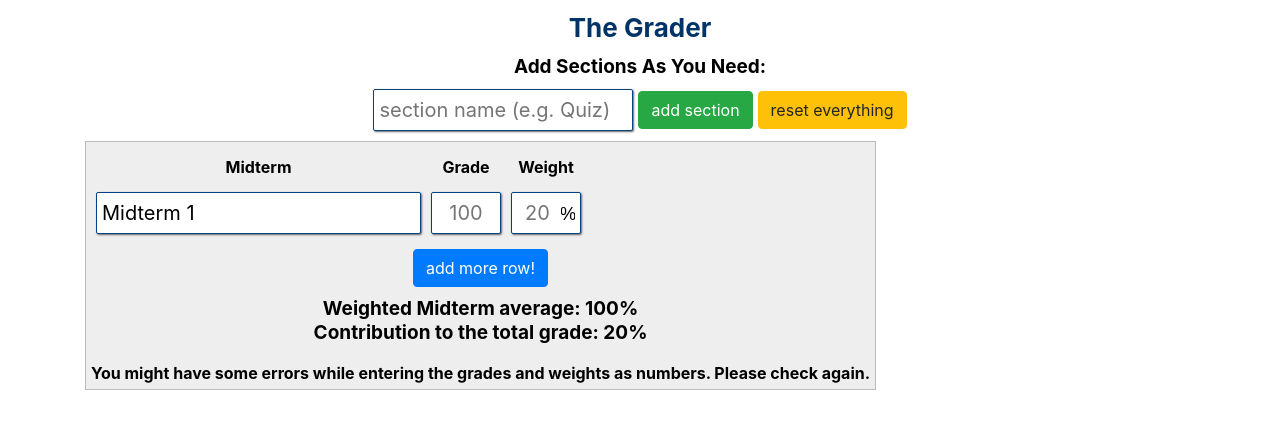
Repository: BarishNamazov/BarishNamazov.github.io
Page: thegrader/index.html
These files come from the project's save history. The page is drawn as it stood at one moment and after the next save; the edit follows.
The browser window is 1280 px wide. The pictures show the whole page.

Above is the page before, as saved 2020-10-31 18:58:04.

### thegrader/index.html
<!doctype html>
<html lang="en">
  <head>
    <meta charset="utf-8">
    <meta name="viewport" content="width=device-width, initial-scale=1, shrink-to-fit=no">

    <!-- Bootstrap CSS -->
    <link rel="stylesheet" href="https://cdn.jsdelivr.net/npm/bootstrap@4.5.3/dist/css/bootstrap.min.css" integrity="sha384-TX8t27EcRE3e/ihU7zmQxVncDAy5uIKz4rEkgIXeMed4M0jlfIDPvg6uqKI2xXr2" crossorigin="anonymous">

    <!-- Custon CSS -->
    <link rel="stylesheet" href="app.css">

    <title>The Grader</title>
  </head>
  <body>
    <div class="container">
      <div class="row">
        <div class="col-lg-12">
          <h1>The Grader</h1>

          <h3>Add Sections As You Need:</h3>

          <div class="divSectionAdder">
            <input type="text" class="sectionName" placeholder="section name (e.g. Quiz)"><button valign="center" class="btn btn-success sectionAdder" id="sectionAdder">add section</button><button style="margin-left: 5px" valign="center" class="btn btn-warning resetter">reset everything</button>
          </div>

          <table class="gradePanel">
            <tbody>
              <tr>
                <td>
                  <table>
                    <tbody>
                      <tr class="rowHeader">
                        <td class="tableHeader tableName"><strong>Midterm</strong></td>
                        <td class="tableHeader"><strong>Grade</strong></td>
                        <td class="tableHeader"><strong>Weight</strong></td>
                      </tr>
                      <tr>
                        <td><input type="text" class="gradeName" value="Midterm 1"></td>
                        <td><input type="text" class="gradeValue" placeholder="100"></td>
                        <td><input type="text" class="gradeWeight percentIcon" placeholder="20"></td>
                      </tr>
                    </tbody>
                  </table>

                  <div class="moreRows"></div>

                  <button class="btn btn-primary rowAdder" id="section1RowAdder">add more row!</button>

                  <div class="gradeBar">
                    <h3>
                      Weighted <span class="nameOfSection">Midterm</span> average: <span class="sectionAverage">100</span>%
                      <br>
                      Contribution to the total grade: <span class="sectionContribution">20</span>%
                      <div class="failSafe" display="none">
                        <br> You might have some errors while entering the grades and weights as numbers. Please check again.
                      </div>
                    </h3>

                  </div>
                </td>
              </tr>
            </tbody>
          </table>
          <div class="moreSections"></div>
        </div>
      </div>
    </div>



    <script src="https://code.jquery.com/jquery-3.5.1.slim.min.js" integrity="sha384-DfXdz2htPH0lsSSs5nCTpuj/zy4C+OGpamoFVy38MVBnE+IbbVYUew+OrCXaRkfj" crossorigin="anonymous"></script>
    <script src="https://cdn.jsdelivr.net/npm/bootstrap@4.5.3/dist/js/bootstrap.bundle.min.js" integrity="sha384-ho+j7jyWK8fNQe+A12Hb8AhRq26LrZ/JpcUGGOn+Y7RsweNrtN/tE3MoK7ZeZDyx" crossorigin="anonymous"></script>
    <script src="https://code.jquery.com/jquery-3.5.1.min.js" integrity="sha256-9/aliU8dGd2tb6OSsuzixeV4y/faTqgFtohetphbbj0=" crossorigin="anonymous"></script>
    <script src="scripts.js"></script>
  </body>
</html>

### thegrader/app.css
body,p,td,div,input,th,li,textarea{font-size:16px;color:#000;}

body{background:#fff;margin:0px;padding:0px;border:0;text-align: center;}

h1 {
  text-align: center;
  color: blue;
}
.divSectionAdder{
  margin: 10px auto;
  display: flex;
  align-items: center;
  justify-content: center;
}
.sectionName{
  margin-right: 5px;
  width: 260px;
}
.gradePanel{
	background:#eee;
	border: solid 1px #bbbbbb;
  padding: 10px;
  margin-bottom: 10px;
}
td{
  padding: 5px;
}

h1{color:#003366;font-size:26px;font-weight:bold;padding:0;margin:12px 0;}
#resulth1{background-color:#ffefe7;padding:0px 5px 0px 5px;border-top:#930 1px dotted;}
h2{font-size:22px;font-weight:bold;color:#003366;padding:0; margin-bottom: 2px;}
h3{font-size:19px;font-weight:bold;}
hr{border:0;color:#aaa;background-color:#aaa;height:1px;}
a{color:#069;text-decoration:underline;}
a:hover{text-decoration:none;}
input{padding: 5px;color:#000;}
select{padding: 4px;color:#000;}
option{font-size:16px;}
input[type=text],
input[type=number],
select {
	border: 1px solid #044284;
	border-radius: 2px;
	box-shadow: 1px 1px 2px #666;
	font-size:20px;
}

.tableHeader{
  text-align: center;
}
.rowHeader{
  height: 40px;
}
.gradeWeight, .gradeValue{
  text-align:center;
  width: 70px;
}
.percentIcon{
	background: white url('media/percent.svg') right 5px center no-repeat;
  padding-right: 22px;
}
.rowAdder{
  margin: 10px auto;
}
h3{
  display: inline;
}

### thegrader/scripts.js
var newRow = "<table><tbody><tr><td><input type=\"text\" class=\"gradeName\" value=\"Midterm X\" autocomplete=\"off\"></td><td><input type=\"text\" class=\"gradeValue\"></td><td><input type=\"text\" class=\"gradeWeight percentIcon\"></td></tr></tbody></table>\n ";

var newSection = "<table class=\"gradePanel\"> <tbody> <tr> <td> <table> <tbody> <tr class=\"rowHeader\"> <td class=\"tableHeader tableName\"><strong>Midterm</strong></td> <td class=\"tableHeader\"><strong>Grade</strong></td> <td class=\"tableHeader\"><strong>Weight</strong></td> </tr> <tr> <td><input type=\"text\" class=\"gradeName\" value=\"Midterm 1\" autocomplete=\"off\"></td> <td><input type=\"text\" class=\"gradeValue\" placeholder=\"100\"></td> <td><input type=\"text\" class=\"gradeWeight percentIcon\" placeholder=\"20\"></td> </tr> </tbody> </table> <div class=\"moreRows\"></div> <button class=\"btn btn-primary rowAdder\">add more row!</button> </td> </tr> </tbody> </table>";

// $("input").attr("autocomplete", "off");
// $("input:not(:.gradeName").val(null);

// var lol = 0;
// while(lol++ < 1) {
//   location.reload(true);
// }
$(".resetter").on("click", function(){
  location.reload(true);
});

if (!String.prototype.splice) {
  String.prototype.splice = function(start, delCount, newSubStr) {
      return this.slice(0, start) + newSubStr + this.slice(start + Math.abs(delCount));
  };
}

var sectionCount = 1;

function rowAdder(){
  var idx = $(this).parents(".gradePanel").find("table").length + 1;
  var namePanel = $(this).parents(".gradePanel").find(".tableName").text();
  var editedRow = newRow.replace("Midterm X", namePanel + " " + idx);
  $(this).parents(".gradePanel").find(".moreRows").before(editedRow);
  $(".gradeValue").change(updateSectionGrade);
  $(".gradeWeight").change(updateSectionGrade);
}
$(".rowAdder").on("click", rowAdder);

function sectionAdder(dir){
  var x = (typeof dir == "string") ? $(dir) : $(this);
  var sectionInputName = $(".sectionName").val();
  if (!sectionInputName) return;
  var editedSection = newSection.replaceAll("Midterm", sectionInputName);
  $(".moreSections").before(editedSection);
  $(".rowAdder").eq(sectionCount++).on("click", rowAdder);
  $(".sectionName").val(null);
}


$(".sectionAdder").on("click", sectionAdder);
$(".sectionName").on("keypress", function(e) {
  if (e.which == 13) {
    sectionAdder(".sectionName");
  }
})

function updateSectionGrade() {
  var section = $(this).parents(".gradePanel");
  var grades = section.find(".gradeValue"), weights = section.find(".gradeWeight");
  var contribution = 0.0;
  for (var i = 0; i < grades.length; i++) {
    // console.log(grades[i]);
    console.log(weights[i]);
    if (Number(grades[i].value) && Number(weights[i].value)) {
      contribution += Number(grades[i].value) * Number(weights[i].value) / 100.0;
    } else {

    }
  }
  section.find(".sectionContribution").text(contribution);
}
$(".gradeValue").change(updateSectionGrade);
$(".gradeWeight").change(updateSectionGrade);

After the next save:
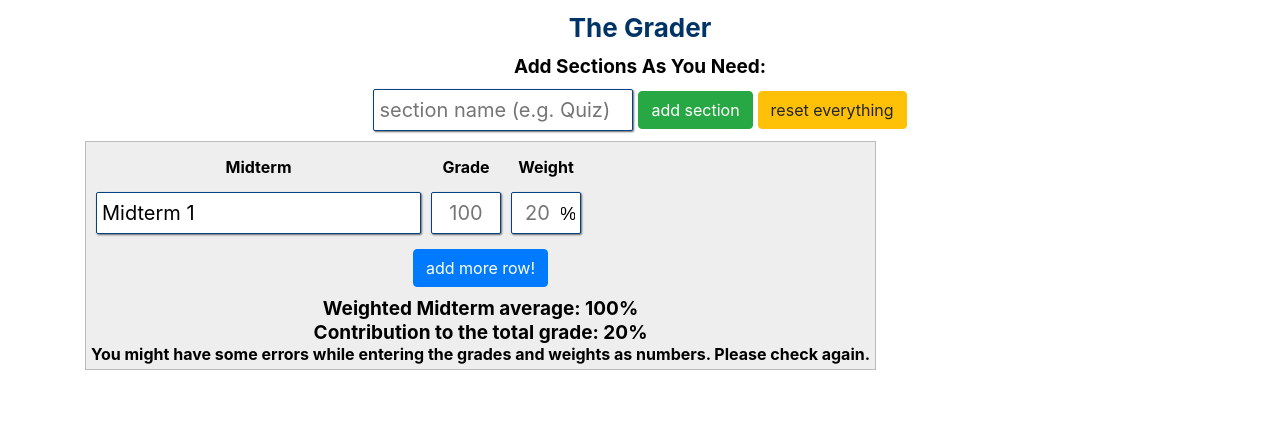
Saved 12 s later.
--- a/thegrader/index.html
+++ b/thegrader/index.html
@@ -53,7 +53,7 @@
                       <br>
                       Contribution to the total grade: <span class="sectionContribution">20</span>%
                       <div class="failSafe" display="none">
-                        <br> You might have some errors while entering the grades and weights as numbers. Please check again.
+                        You might have some errors while entering the grades and weights as numbers. Please check again.
                       </div>
                     </h3>
 
